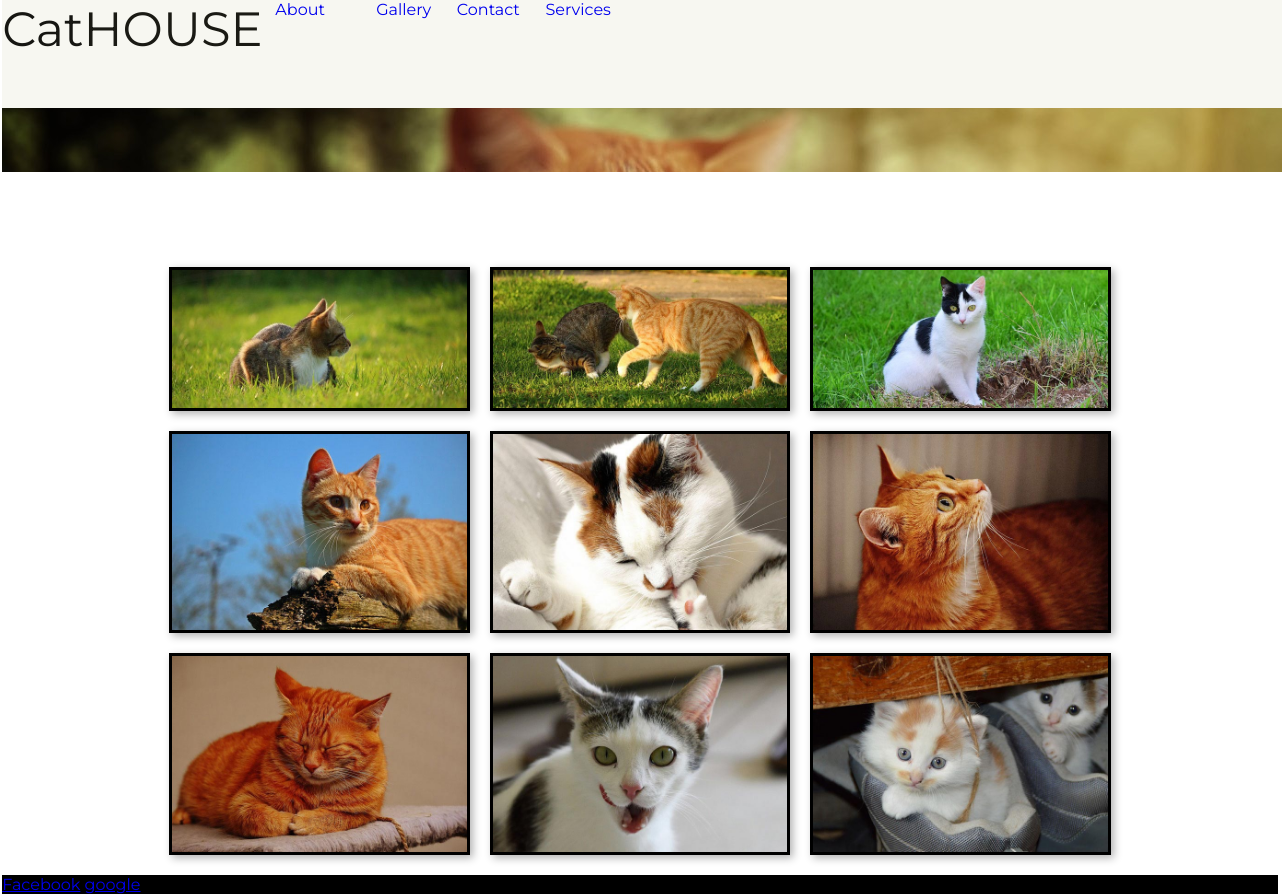
Repository: raul4264/final
Page: Gallery.html
These files come from the project's save history. The page is drawn as it stood at one moment and after the next save; the edit follows.
The browser window is 1280 px wide. The page is 1282 px wide, so the pictures cover 1282 px, including what lies to the right of the window. The pictures show the whole page.

Above is the page before, as saved 2021-03-23 12:05:23.

### Gallery.html
<!DOCTYPE html>
<html lang="en">

<head>
    <meta charset="UTF-8">
    <meta http-equiv="X-UA-Compatible" content="IE=edge">
    <meta name="viewport" content="width=device-width, initial-scale=1.0">
    <title>Gallery</title>
    <link href="css/gallery.css" rel="stylesheet" type="text/css">
</head>

<body>
    <div id="grilla">
        <header>
            <div class="banner">

                <nav id="nav">

                    <div class="item1">
                        <p>Cat</p>
                    </div>

                    <div class="item2">
                        <p>HOUSE</p>
                    </div>


                    <ul class="item3">
                        <li class=""><a href="about.html">About</li>
                        <li class=""><a href="Gallery.html">Gallery</a></li>
                        <li class=""><a href="Contact.html">Contact</a></li>
                        <li class=""><a href="Services.html ">Services</a></li>
                    </ul>
                </nav>
            </div>

        </header>
        <main class="cards">
            <img src="images/b1.jpg" alt="Sample photo">
            <img src="images/b2.jpg" alt="Sample photo">
            <img src="images/b3.jpg" alt="Sample photo">
            <img src="images/g1.jpg" alt="Sample photo">
            <img src="images/g2.jpg" alt="Sample photo">
            <img src="images/g3.jpg" alt="Sample photo">
            <img src="images/g4.jpg" alt="Sample photo">
            <img src="images/g5.jpg" alt="Sample photo">
            <img src="images/g6.jpg" alt="Sample photo">
          </main>


        <footer>
             <div class class="footer">
                <a href="http://www.facebook.com " target="blanck ">Facebook</a>
                <a href="http://www.google.com " target="blanck ">google</a>
            </div>
        </footer>


    </div>
</body>

</html>

### css/gallery.css
@import url('https://fonts.googleapis.com/css2?family=Montserrat:wght@400;500&display=swap');
@import url('https://fonts.googleapis.com/css2?family=Montserrat:wght@400;500&family=Poppins:wght@300&display=swap');
* {
    font-family: 'Montserrat', sans-serif;
    margin: 0 ;
    padding: 0;
}
body{


}
.banner {
    background: url(../images/1.jpg) no-repeat 0px 0px;
    background-size: cover;
    padding: 0em 0 4em;
    height: 100%;
    width: 100vw;
}

#nav {
    display: flex;
    background-color: rgb(247, 247, 241);

    height: 15vh;
}

.item1 {
    color: rgb(22, 22, 18);
    font-family: monserrat;
    font-size: 3em;
}

.item2 {
    color: rgb(26, 26, 20);
    font-family: monserrat;
    font-size: 3em;
}

.item3 {
    display: flex;
    list-style: none;
}

.item3 li a {
    text-decoration: none;
    padding: 1vw;
}

.li {
    padding: 10px;
}


/*.............Grid..........*/

#grilla {

    display: grid;
    grid-template-columns:33vw 33vw 33vw;
    grid-template-rows:auto auto auto auto;
    justify-content: space-around;
    align-items: center;
}

header {
    grid-column-start: 1;
    grid-column-end: 4;
    grid-row-start: 1;
    grid-row-end: 2;
}


main {
    display: grid;
    grid-template-columns: 25vw 25vw 30vw;
    grid-template-rows: 20vh 20vh 60vh;
    grid-column-start: 1;
    grid-column-end: 4;
    grid-row-start: 2;
    grid-row-end: 3;
    padding: 10px;
    margin-top: 75px;
    justify-content: center;
}
/*  */
.cards {
    display: flex;
    flex-wrap: wrap;
    align-items: flex-start;
    flex-direction: row;
    max-height: 100vh;
  }
  .cards img {
    margin: 10px;
    border: 3px solid #000;
    box-shadow: 3px 3px 8px 0px rgba(0,0,0,0.3);
    max-width: 23vw;
  }
footer {
    grid-column-start: 1;
    grid-column-end: 4;
    grid-row-start: 3;
    grid-row-end: 4;
    background-color: black;
}




/*.......................................*/

img {
    max-width: 100%;
    max-height: 100%;
    object-fit: contain;
}

After the next save:
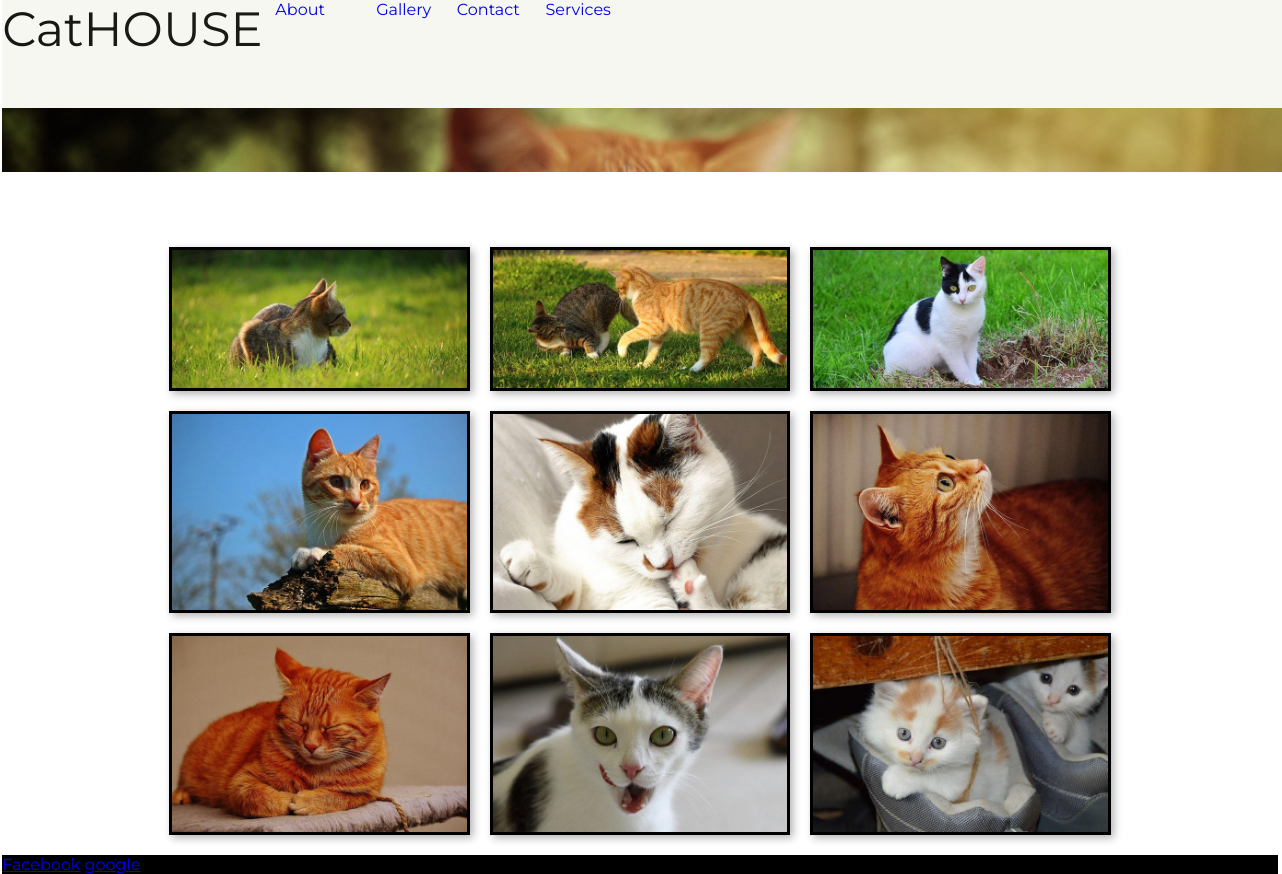
Saved 38 s later.
--- a/css/gallery.css
+++ b/css/gallery.css
@@ -79,7 +79,7 @@ main {
     grid-row-start: 2;
     grid-row-end: 3;
     padding: 10px;
-    margin-top: 75px;
+    margin-top: 55px;
     justify-content: center;
 }
 /*  */

After the save that followed:
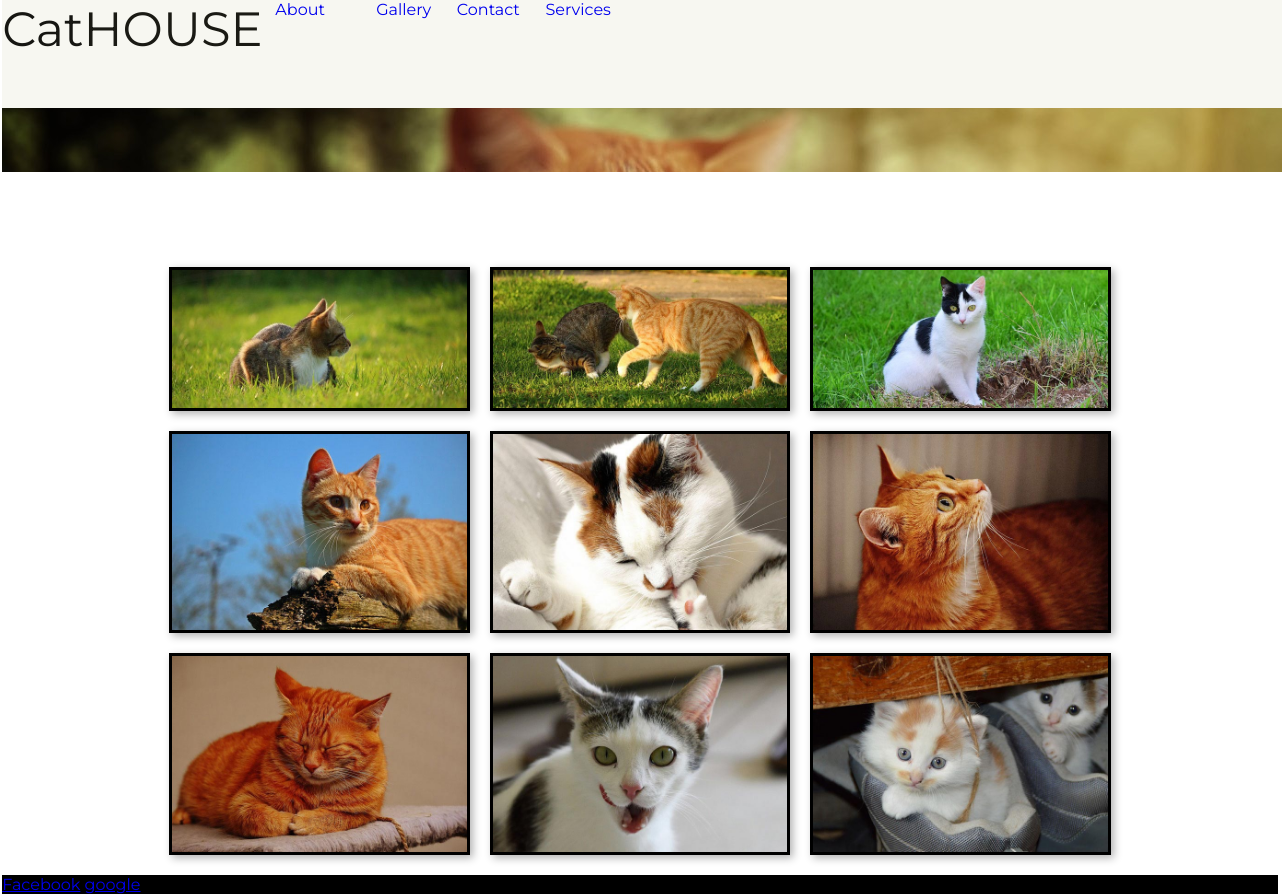
Saved 13 s later.
--- a/css/gallery.css
+++ b/css/gallery.css
@@ -79,7 +79,7 @@ main {
     grid-row-start: 2;
     grid-row-end: 3;
     padding: 10px;
-    margin-top: 55px;
+    margin-top: 75px;
     justify-content: center;
 }
 /*  */
